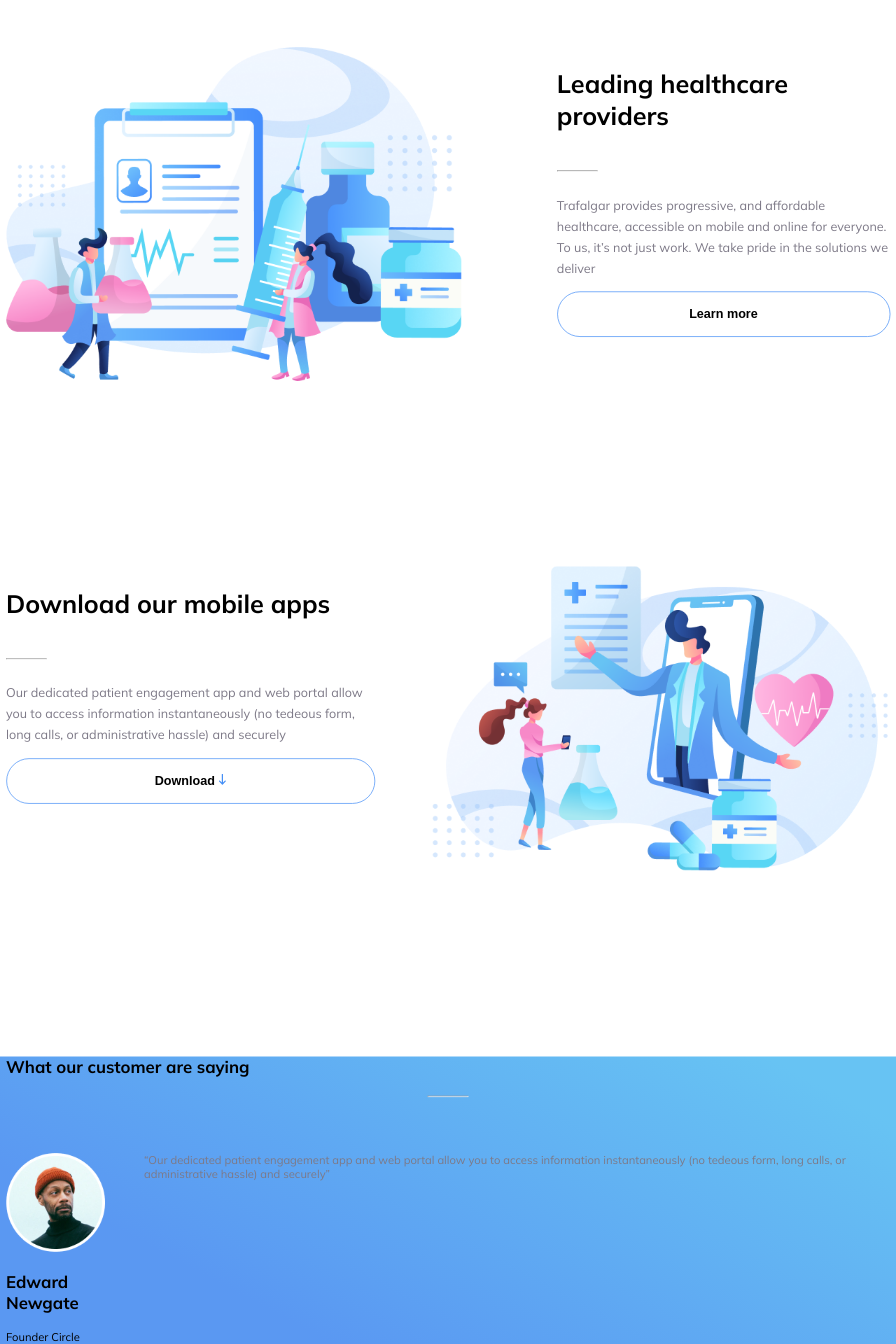
Repository: ivan-developer-01/trafalgar-layout
Page: index.html
These files come from the project's save history. The page is drawn as it stood at one moment and after the next save; the edit follows.
The browser window is 1280 px wide. The pictures show the part of the page from y = 2136 to 4056 px (the page is 4056 px tall), at 70% of full size.

Above is the page before, as saved 2024-11-08 15:22:10.

After the next save:
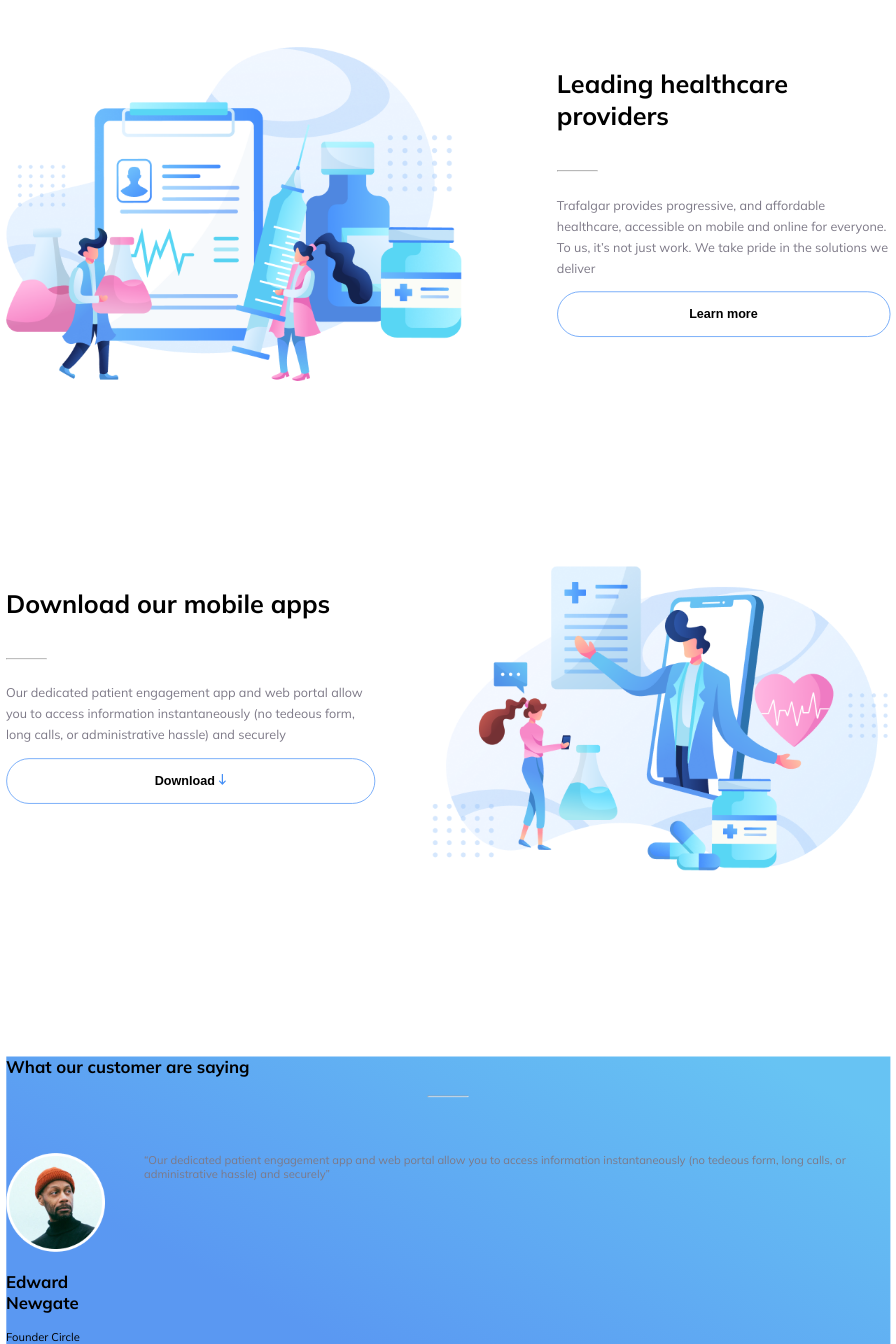
Saved 10 s later.
--- a/style.css
+++ b/style.css
@@ -230,10 +230,10 @@ p {
 /* reviews */
 .reviews {
 	margin-top: 266px;
+}
+
+.reviews .container {
 	background: linear-gradient(208.18deg, #67C3F3 9.05%, #5A98F2 76.74%);
-}
-
-.review-slider {
 }
 
 .review-slider .review {
